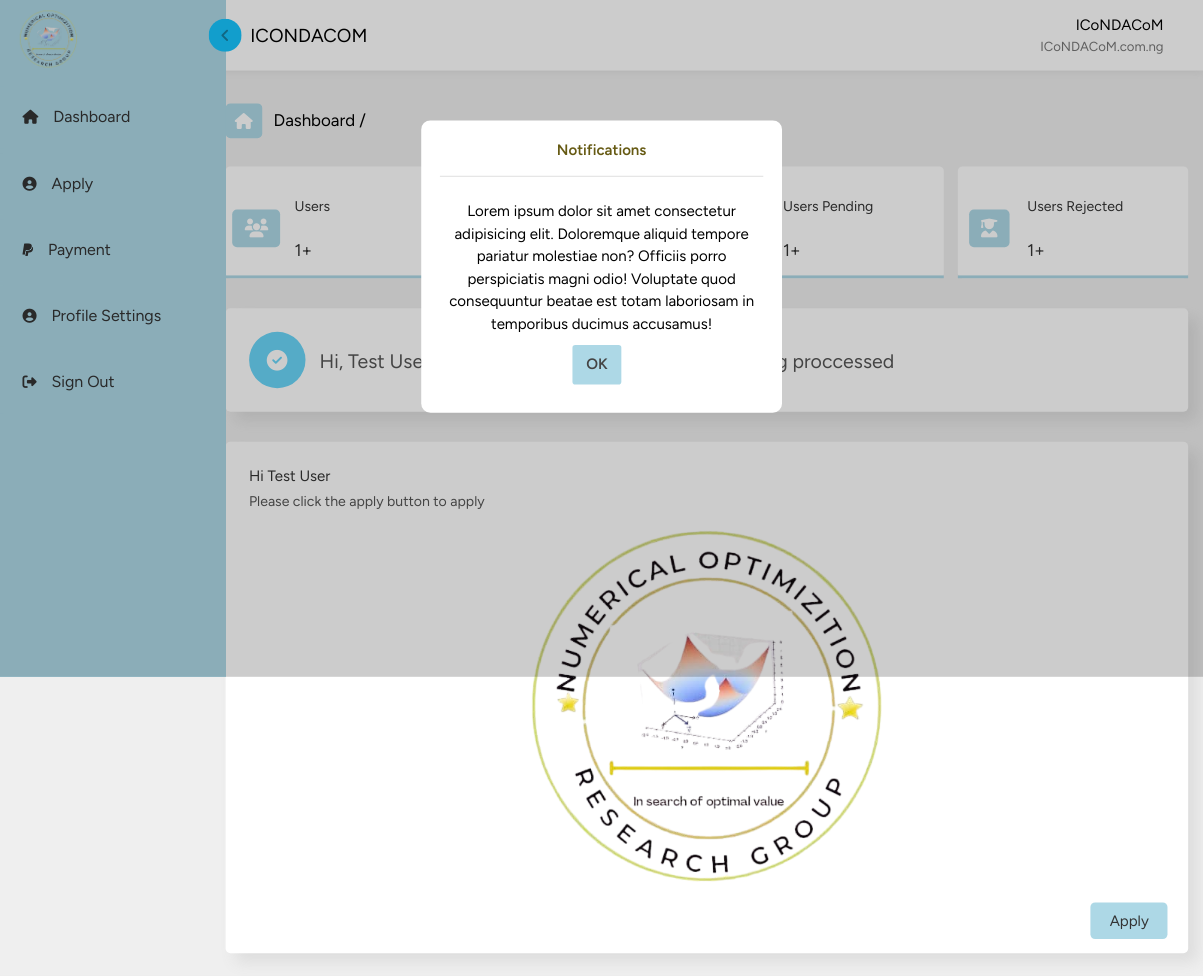
Repository: mrcode-gmb/aa-lectturn
Page: http://localhost/dashboard
An editor plug-in stored every save of this project. The page is shown before and after the next save, followed by the edit.
The browser window is 1280 px wide. The pictures show the whole page, at 94% of full size.
The page is served by the project's Laravel application, run on PHP 8.4 with Laravel 10. A made-up administrator, Test User (test@example.com), is signed in. Other server files are loaded and not shown. Queries for data that is not in the repository find no rows.

Above is the page before, as saved 2025-02-07 10:19:23.

### routes/web.php
<?php

use App\Models\User;
use Illuminate\Support\Facades\Mail;
use Illuminate\Support\Facades\Route;
use App\Http\Controllers\ProfileController;
use App\Http\Controllers\ApplyCompetationController;

/*
|--------------------------------------------------------------------------
| Web Routes
|--------------------------------------------------------------------------
|
| Here is where you can register web routes for your application. These
| routes are loaded by the RouteServiceProvider and all of them will
| be assigned to the "web" middleware group. Make something great!
|
*/

Route::get('/', function () {
    return view('welcome');
});

Route::get('/dashboard', function () {
    return view('dashboard',
    [
        "allUsers" => User::where("role",2)->count(),
        "allPendingUsers" => User::where("status",1)->count(),
        "allApprovedUsers" => User::where("status",2)->count(),
        "allRejectedUsers" => User::where("status",3)->count(),
    ]);
})->middleware(['auth', 'verified'])->name('dashboard');

Route::middleware('auth')->group(function () {
    Route::get('/profile', [ProfileController::class, 'edit'])->name('profile.edit');
    Route::patch('/profile', [ProfileController::class, 'update'])->name('profile.update');
    Route::delete('/profile', [ProfileController::class, 'destroy'])->name('profile.destroy');

    Route::controller(ApplyCompetationController::class)->group(function () {
        Route::get("/apply", "index")->name("apply");
        Route::get("/users/applied", "showAppliedUsers")->name("apply.showAppliedUsers");
        Route::get("/users/payment/histories", "showPaymentHistories")->name("apply.showPaymentHistories");
        Route::get("/users/all", "showAlldUsers")->name("all.showAppliedUsers");
        Route::post("apply/store", "store")->name("apply.store");
        Route::post("apply/update", "update")->name("apply.update");
        Route::post("apply/payment-status", "paymentStatus")->name("apply.paymentStatus");
        Route::get("/payment/user", "userPayment")->name("userPayment");
        Route::post("/payment/payment", "userPaymentPayment")->name("userPaymentPayment");
    });
});

require __DIR__ . '/auth.php';

### app/Models/User.php
<?php

namespace App\Models;

// use Illuminate\Contracts\Auth\MustVerifyEmail;
use Illuminate\Database\Eloquent\Factories\HasFactory;
use Illuminate\Foundation\Auth\User as Authenticatable;
use Illuminate\Notifications\Notifiable;
use Laravel\Sanctum\HasApiTokens;

class User extends Authenticatable
{
    use HasApiTokens, HasFactory, Notifiable;

    /**
     * The attributes that are mass assignable.
     *
     * @var array<int, string>
     */
    protected $fillable = [
        'name',
        'email',
        "status",
        'password',
    ];

    /**
     * The attributes that should be hidden for serialization.
     *
     * @var array<int, string>
     */
    protected $hidden = [
        'password',
        'remember_token',
    ];

    /**
     * The attributes that should be cast.
     *
     * @var array<string, string>
     */
    protected $casts = [
        'email_verified_at' => 'datetime',
        'password' => 'hashed',
    ];

    public function userApplied()
    {
        return $this->hasOne(ApplyCompetation::class);
    }
    public function payment()
    {
        return $this->hasOne(Payment::class);
    }
}

### resources/views/dashboard.blade.php
<x-app-layout>
    <div>
        <section id="mainbody">
            <div class="main-body">
                <div class="str">
                    <div class="str-home">
                        <i class="fa fa-home"></i>
                        <div class="db">
                            <h4>Dashboard / &nbsp;</h4>
                            <p></p>
                        </div>
                    </div>
                </div>
                <div>
                    <div class="tabs" id="tabls">
                        <div class="">
                            <div class="container-fluiding">
                                <div class="col-md-3">
                                    <div class="icon-flex">
                                        <div class="left">
                                            <i class="fa fa-users"></i>
                                        </div>
                                        <div class="right">
                                            <h4>Users</h4>
                                            <p class="percent" id="percent">0%</p>
                                        </div>
                                    </div>
                                    <div class="loader">
                                        <div class="shows" id="shows"></div>
                                    </div>
                                </div>
                                <div class="col-md-3">
                                    <div class="icon-flex">
                                        <div class="left">
                                            <i class="fa fa-hand-point-right"></i>
                                        </div>
                                        <div class="right">
                                            <h4>Users Approved</h4>
                                            <p class="percent" id="percent1">0%</p>
                                        </div>
                                    </div>
                                    <div class="loader">
                                        <div class="shows" id="shows1"></div>
                                    </div>
                                </div>
                                <div class="col-md-3">
                                    <div class="icon-flex">
                                        <div class="left">
                                            <i class="fa fa-money-check-alt"></i>
                                        </div>
                                        <div class="right">
                                            <h4>Users Pending</h4>
                                            <p class="percent" id="percent2">0%</p>
                                        </div>
                                    </div>
                                    <div class="loader">
                                        <div class="shows" id="shows2"></div>
                                    </div>
                                </div>
                                <div class="col-md-3">
                                    <div class="icon-flex">
                                        <div class="left">
                                            <i class="fa fa-user-graduate"></i>
                                        </div>
                                        <div class="right">
                                            <h4>Users Rejected</h4>
                                            <p class="percent" id="percent3">0%</p>
                                        </div>
                                    </div>
                                    <div class="loader">
                                        <div class="shows" id="shows3"></div>
                                    </div>
                                </div>
                            </div>
                        </div>
                        <x-auth-session-status class="mb-4" :status="session('status')" />
                        @if (Auth::user()->status != 0)
                            @if (Auth::user()->status == 1)
                                <div class="full-chart">
                                    <div class="chart-title flex-class">
                                        <div class="circle-pending">
                                            <i class="fa fa-check-circle"></i>
                                        </div>
                                        <div class="circle-text">
                                            <p>Hi, {{ Auth::user()->name }}, Congratulation your application is being
                                                proccessed </p>
                                        </div>
                                    </div>
                                </div>
                            @elseif (Auth::user()->status == 2)
                                <div class="full-chart">
                                    <div class="chart-title flex-class">
                                        <div class="circle-success">
                                            <i class="fa fa-check-circle"></i>
                                        </div>
                                        <div class="circle-text">
                                            <p>Hi, {{ Auth::user()->name }}, Congratulation your application has been
                                                approved.
                                            </p>
                                        </div>
                                    </div>
                                </div>
                            @elseif (Auth::user()->status == 3)
                                <div class="full-chart">
                                    <div class="chart-title flex-class">
                                        <div class="circle-rejected">
                                            <i class="fa fa-check-circle"></i>
                                        </div>
                                        <div class="circle-text">
                                            <p>Hi, {{ Auth::user()->name }}, Sorry your application cannot be
                                                considered.
                                            </p>
                                        </div>
                                    </div>
                                </div>
                            @else
                            @endif
                        @endif
                    </div>
                </div>

                @if (Auth::user()->role == 1)
                    <div>
                        <div class="tabs" id="tabls">
                            <div class="full-chart">
                                <div class="chart-title">
                                    <h3>Hi {{ Auth::user()->name }} (Super Admin)</h3>
                                    <p>Please click the manage users button to view, approved, or reject user who apply
                                    </p>
                                </div>
                                <div class="dont-have">
                                    <img src="{{ asset('asset/photos/WhatsApp_Image_2024-10-23_at_8.20.45_PM-removebg-preview.png') }}"
                                        alt="">
                                </div>
                                <div class="create-app">
                                    <a href="apply">
                                        Manage Users
                                    </a>
                                </div>
                            </div>
                            <br>
                        </div>
                    </div>
                @else
                    <div>
                        <div class="tabs" id="tabls">
                            <div class="full-chart">
                                <div class="chart-title">
                                    <h3>Hi {{ Auth::user()->name }}</h3>
                                    <p>Please click the apply button to apply</p>
                                </div>
                                <div class="dont-have">
                                    <img src="{{ asset('asset/photos/WhatsApp_Image_2024-10-23_at_8.20.45_PM-removebg-preview.png') }}"
                                        alt="">
                                </div>
                                <div class="create-app">
                                    <a href="apply">
                                        Apply
                                    </a>
                                </div>
                            </div>
                            <br>
                        </div>
                    </div>
                @endif
                <!-- end design dashboard content  -->
            </div>
        </section>
    </div>
    <div class="modal d-nones text-center font-bold" id="modal">
        <div class="modal-dialog">
            <div class="modal-head">
                <p><b>Notifications</b> </p>
            </div>
            <form class="modal-body">
                <p>
                    Lorem ipsum dolor sit amet consectetur adipisicing elit. Doloremque aliquid tempore pariatur molestiae non? Officiis porro perspiciatis magni odio! Voluptate quod consequuntur beatae est totam laboriosam in temporibus ducimus accusamus!
                </p>
                <div class="modal-footer text-center">
                    <button type="button" onclick="modalDismiss()">OK</button>
                </div>
            </form>
        </div>
    </div>
    <script>
        const modalDismiss = ()=>{
            document.querySelector("#modal").style.display = "none";
        }
        window.onclick = (e)=>{
            const modal = document.getElementById("modal")
            if(e.target == modal){
                document.querySelector("#modal").style.display = "none";
            }
        }
        window.onload = () => {
            let loader = document.querySelector(".shows"),
                percent = document.querySelector("#percent");

            let loaderStart = 0,
                loaderEnd = {{ $allUsers < 1 ? 1 : $allUsers }},
                loaderTime = 60;

            let start = setInterval(() => {
                loaderStart++;

                percent.textContent = loaderStart + '+';
                loader.style.width = `${loaderStart}`;
                loader.style.background = `rgb(173, 216, 230)`;


                if (loaderStart == loaderEnd) {
                    clearInterval(start);
                }
            }, loaderTime);


            let loader1 = document.querySelector("#shows1"),
                percent1 = document.querySelector("#percent1");

            let loaderStart1 = 0,
                loaderEnd1 = {{ $allApprovedUsers < 1 ? 1 : $allApprovedUsers }},
                loaderTime1 = 60;

            let start1 = setInterval(() => {
                loaderStart1++;

                percent1.textContent = loaderStart1 + '+';
                loader1.style.width = `${loaderStart1}`;
                loader1.style.background = `rgb(173, 216, 230)`;


                if (loaderStart1 == loaderEnd1) {
                    clearInterval(start1);
                }
            }, loaderTime1);




            let loader2 = document.querySelector("#shows2"),
                percent2 = document.querySelector("#percent2");

            let loaderStart2 = 0,
                loaderEnd2 = {{ $allPendingUsers < 1 ? 1 : $allPendingUsers }},
                loaderTime2 = 60;

            let start2 = setInterval(() => {
                loaderStart2++;

                percent2.textContent = loaderStart2 + '+';
                loader2.style.width = `${loaderStart2}`;
                loader2.style.background = `rgb(173, 216, 230)`;


                if (loaderStart2 == loaderEnd2) {
                    clearInterval(start2);
                }
            }, loaderTime2);


            let loader3 = document.querySelector("#shows3"),
                percent3 = document.querySelector("#percent3");

            let loaderStart3 = 0,
                loaderEnd3 = {{ $allRejectedUsers < 1 ? 1 : $allRejectedUsers }},
                loaderTime3 = 60;

            let start3 = setInterval(() => {
                loaderStart3++;

                percent3.textContent = loaderStart3 + '+';
                loader3.style.width = `${loaderStart3}`;
                loader3.style.background = `rgb(173, 216, 230)`;


                if (loaderStart3 == loaderEnd3) {
                    clearInterval(start3);
                }
            }, loaderTime3);

        }
    </script>
</x-app-layout>

### resources/views/components/auth-session-status.blade.php
@props(['status'])

@if ($status)
    <div {{ $attributes->merge(['class' => 'font-medium text-sm text-green-600 dark:text-green-400 alert-success']) }}>
        <i class="fa fa-check-circle"></i>&nbsp;{{ $status }}
    </div>
@endif

Loaded but not shown: routes/auth.php (common file); app/Http/Controllers/Auth/EmailVerificationPromptController.php (common file); app/Http/Controllers/Controller.php (common file); app/Http/Controllers/Auth/VerifyEmailController.php (common file); app/View/Components/AppLayout.php (common file); public/asset/fontawesome-free/css/all.min.css (library); public/asset/fontawesome-free/css/all.css (library); public/asset/styles.css (1619 lines, source omitted); public/asset/form.css (503 lines, source omitted); resources/views/layouts/app.blade.php (123 lines, source omitted); resources/views/layouts/navigation.blade.php (128 lines, source omitted)

After the next save:
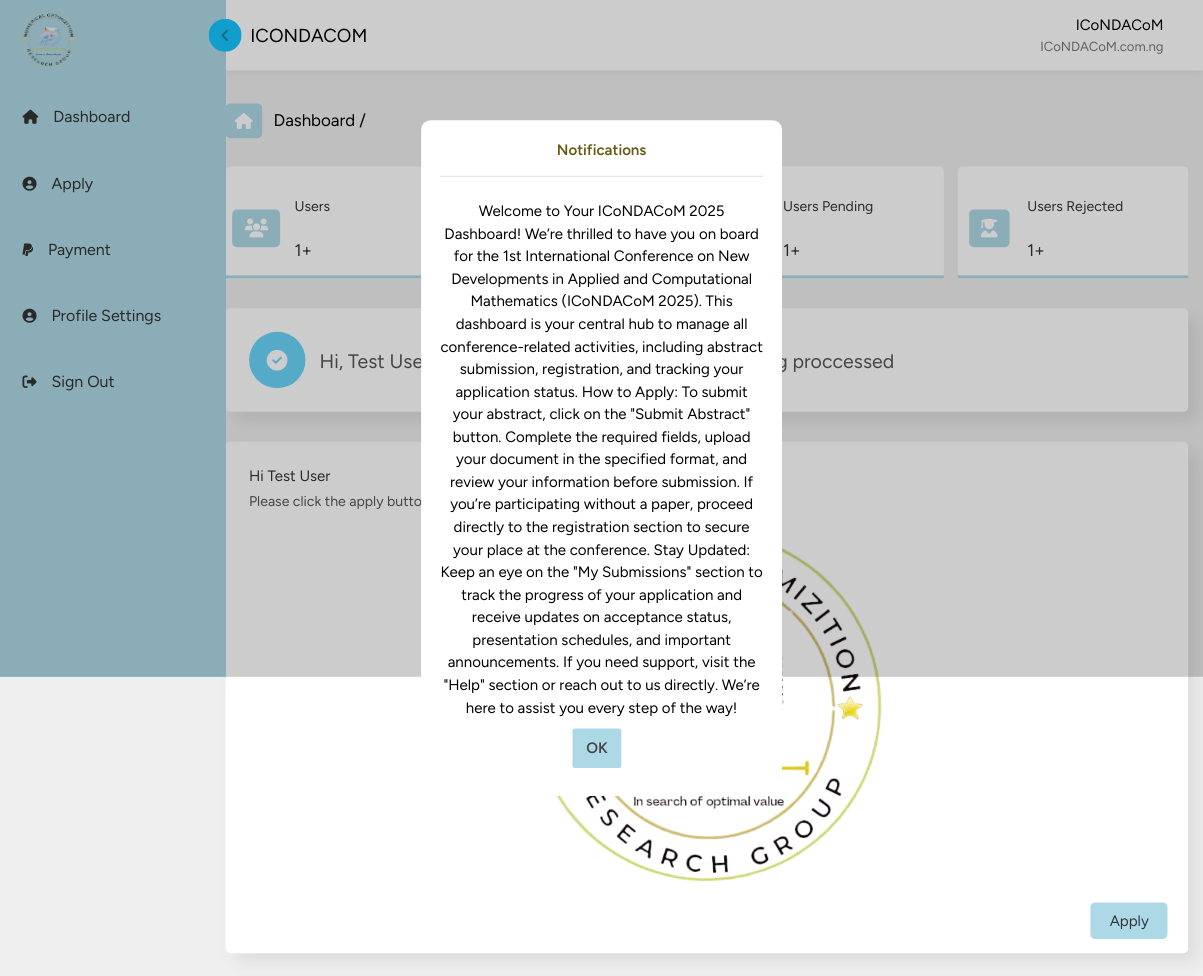
Saved 2 min 18 s later.
--- a/resources/views/dashboard.blade.php
+++ b/resources/views/dashboard.blade.php
@@ -174,7 +174,16 @@
             </div>
             <form class="modal-body">
                 <p>
-                    Lorem ipsum dolor sit amet consectetur adipisicing elit. Doloremque aliquid tempore pariatur molestiae non? Officiis porro perspiciatis magni odio! Voluptate quod consequuntur beatae est totam laboriosam in temporibus ducimus accusamus!
+                    Welcome to Your ICoNDACoM 2025 Dashboard!
+We’re thrilled to have you on board for the 1st International Conference on New Developments in Applied and Computational Mathematics (ICoNDACoM 2025). This dashboard is your central hub to manage all conference-related activities, including abstract submission, registration, and tracking your application status.
+
+How to Apply:
+To submit your abstract, click on the "Submit Abstract" button. Complete the required fields, upload your document in the specified format, and review your information before submission. If you’re participating without a paper, proceed directly to the registration section to secure your place at the conference.
+
+Stay Updated:
+Keep an eye on the "My Submissions" section to track the progress of your application and receive updates on acceptance status, presentation schedules, and important announcements. If you need support, visit the "Help" section or reach out to us directly. We’re here to assist you every step of the way!
+
+
                 </p>
                 <div class="modal-footer text-center">
                     <button type="button" onclick="modalDismiss()">OK</button>
